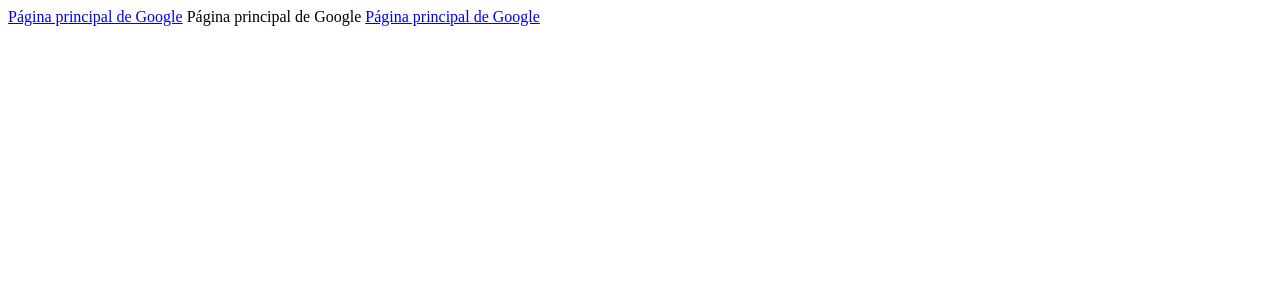
Repository: GonzaDelgado/JavaProjects
Page: modulo_html/WebContent/Enlaces.html
These files come from the project's save history. The page is drawn as it stood at one moment and after the next save; the edit follows.
The browser window is 1280 px wide. The pictures show the whole page.

Above is the page before, as saved 2021-02-06 14:56:24.

After the next save:
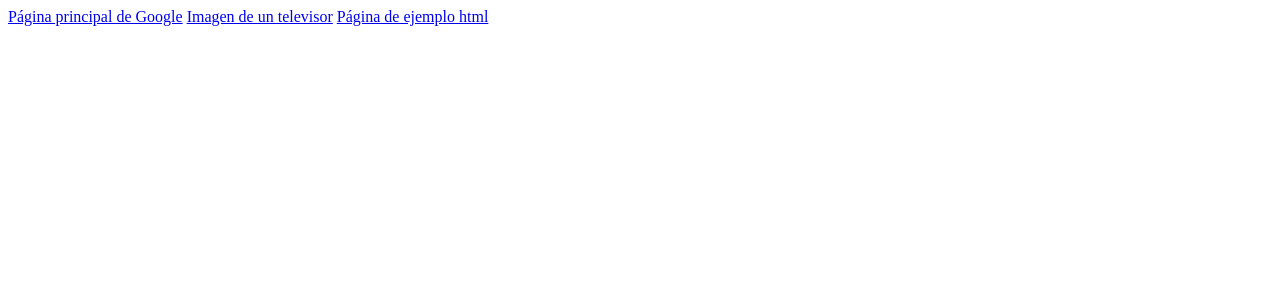
Saved 5 min 44 s later.
--- a/modulo_html/WebContent/Enlaces.html
+++ b/modulo_html/WebContent/Enlaces.html
@@ -6,7 +6,7 @@
 </head>
 <body>
 	<a href="https://www.google.com"> Página principal de Google</a>
-	<a href""> Página principal de Google</a>
-	<a href="https://www.google.com"> Página principal de Google</a>
+	<a href="/home/gonzalo/Escritorio/cursos/Escuelita_java/Modulo_HTML/imagenes/televisor.png"> Imagen de un televisor</a>
+	<a href="/home/gonzalo/eclipse-workspace/modulo_html/WebContent/ejemplo.html"> Página de ejemplo html</a>
 </body>
 </html>
